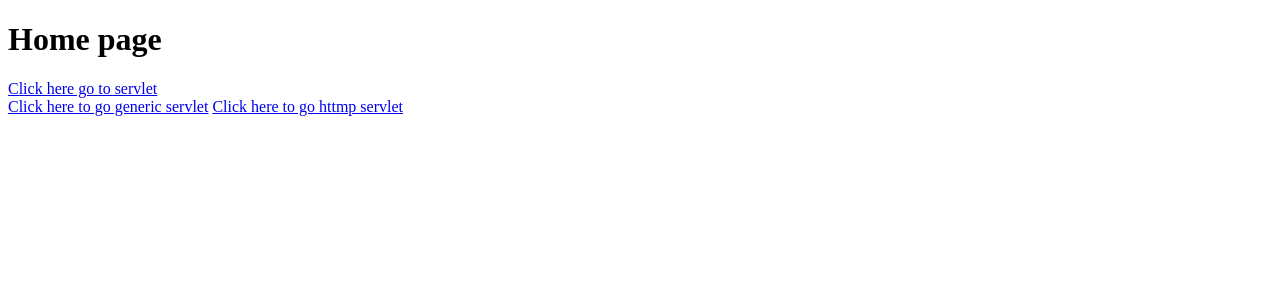
Repository: kunwaraman/Servlets-Jsp-Tuto
Page: CreateServletUsingInterface/src/main/webapp/index.html
The author's editor kept a copy of each file at every save. The page is drawn from the files as they stood at one save, then again after the next save.
The browser window is 1280 px wide. The pictures show the whole page.

Above is the page before, as saved 2024-10-24 16:37:37.

After the next save:
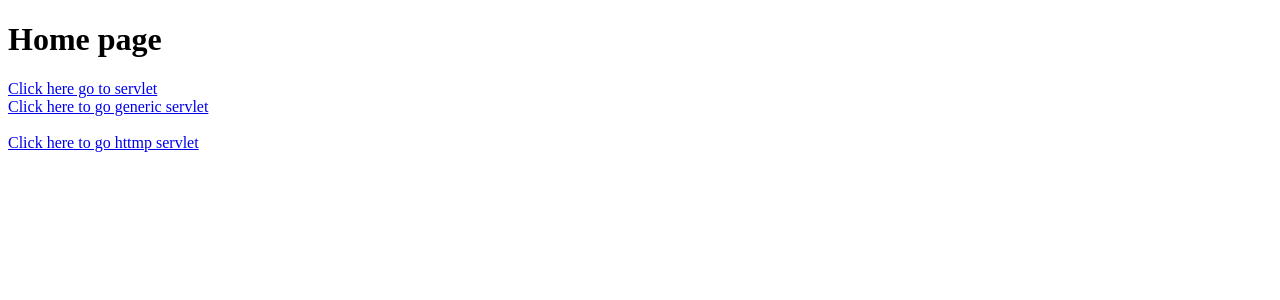
Saved 38 s later.
--- a/CreateServletUsingInterface/src/main/webapp/index.html
+++ b/CreateServletUsingInterface/src/main/webapp/index.html
@@ -9,7 +9,7 @@
 	<h1>Home page</h1>
 	<a href="app">Click here go to servlet</a> <br>
 
-	<a href="app2">Click here to go generic servlet</a>
+	<a href="app2">Click here to go generic servlet</a>  <br> <br>
 
 	<a href="app3">Click here to go httmp servlet</a>
 </body>
